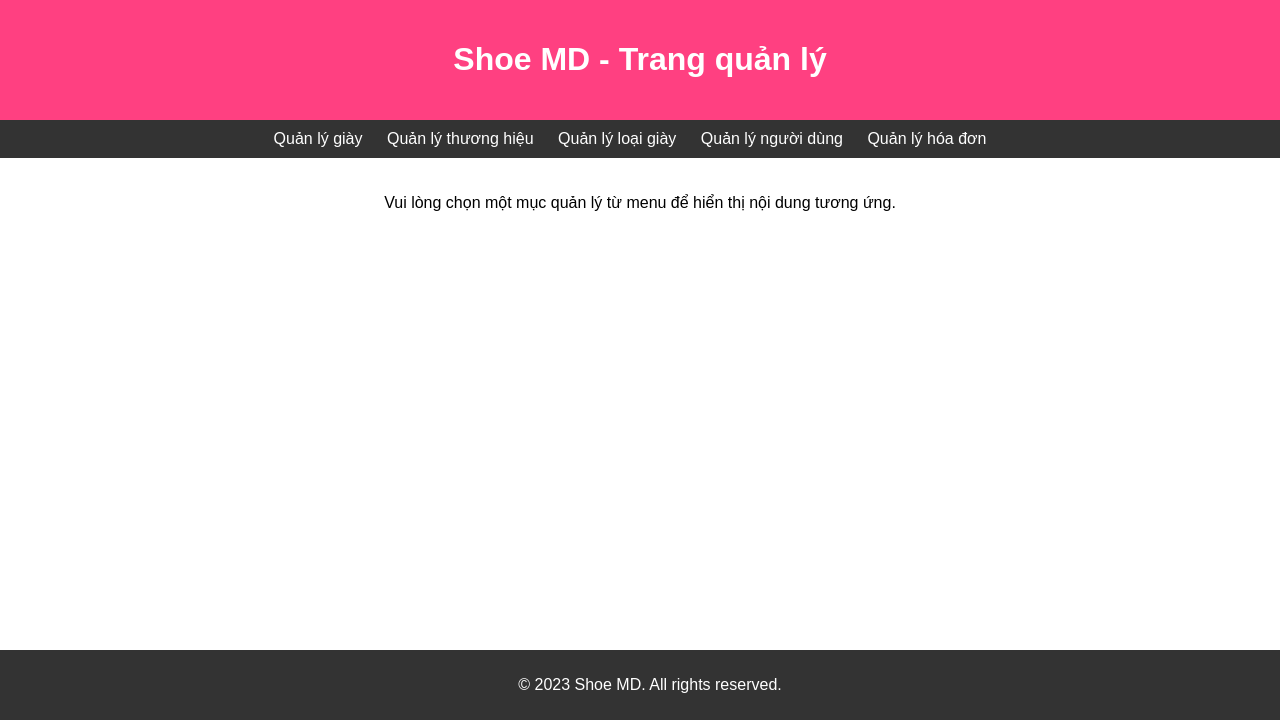
Repository: longsoisuaxe1a/shoe-md
Page: http://localhost/Project_Shoe/WEB-INF/view/admin-home-manager.jsp
The author's editor kept a copy of each file at every save. The page is drawn from the files as they stood at one save, then again after the next save.
The browser window is 1280 px wide. The pictures show the whole page.
The page is served by Tomcat 9. Nobody is signed in. The template is opened directly, without the code that normally fills it, so the values that code supplies are empty.

Above is the page before, as saved 2023-12-19 08:56:15.

After the next save:
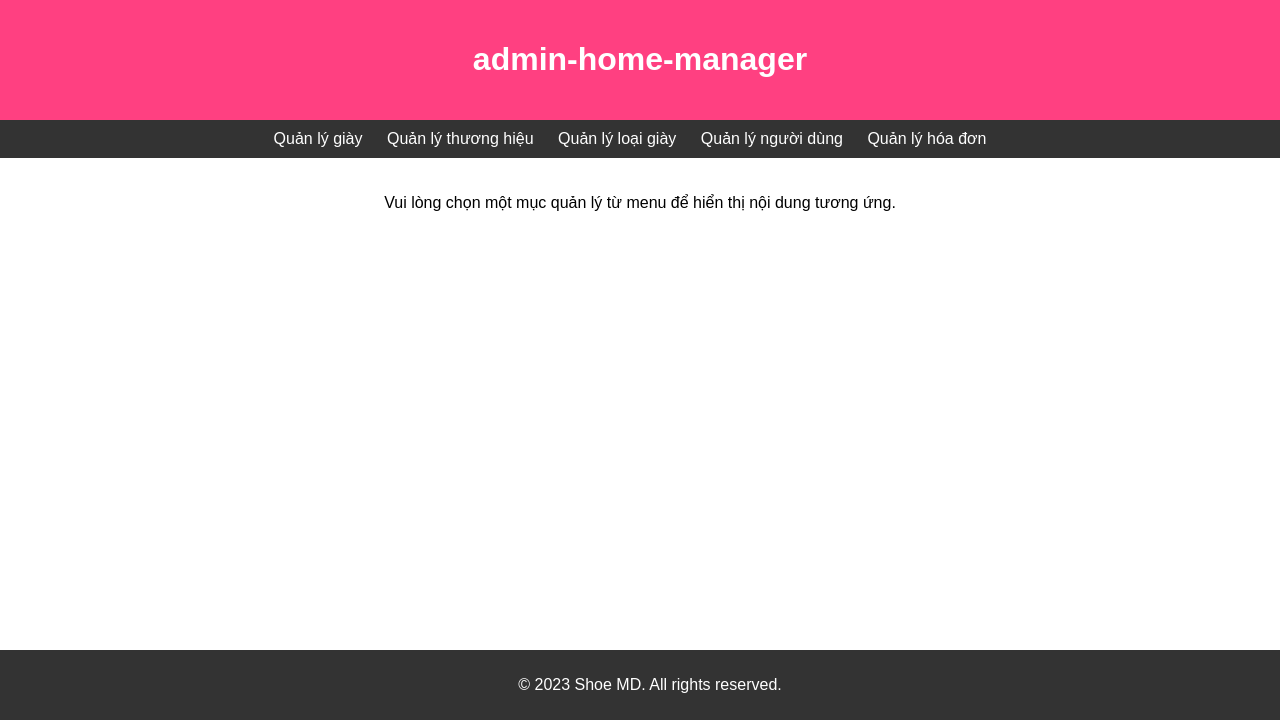
Saved 22 h 11 min later.
--- a/Project_Shoe/src/main/webapp/WEB-INF/view/admin-home-manager.jsp
+++ b/Project_Shoe/src/main/webapp/WEB-INF/view/admin-home-manager.jsp
@@ -72,7 +72,7 @@ body {
 </head>
 <body>
 	<div class="header">
-		<h1>Shoe MD - Trang quản lý</h1>
+		<h1>admin-home-manager</h1>
 	</div>
 
 	<div class="menu">
